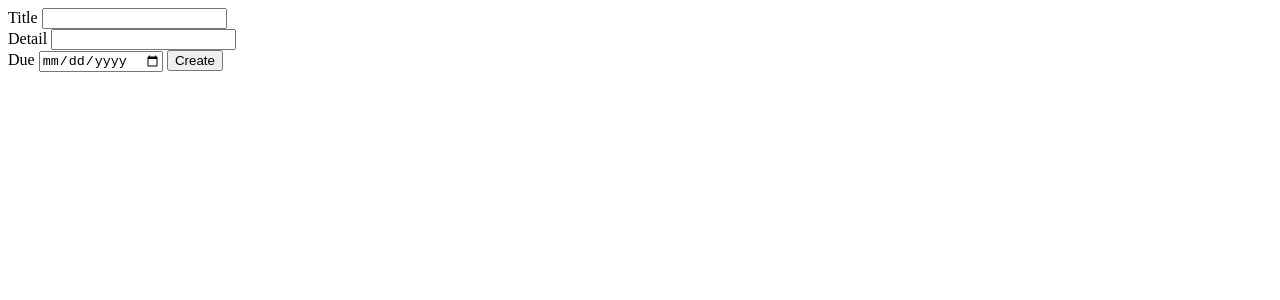
Repository: sgmtg/ToDoList
Page: http://localhost/create
The author's editor kept a record of every edit. The page is drawn from the files as they stood at one moment, then again after the next edit.
The browser window is 1280 px wide. The pictures show the whole page.
The page is served by the project's application, run on Flask 3 (app.py).

Above is the page before.

### templates/create.html

{% extends 'base.html' %}


{% block body %}
<div class="form">
    <form action="/" method="POST">
        <div>
            <label for="title">Title</label>
            <input type="text" id="title" name="title">
        </div>
        <div>
            <label for="detail">Detail</label>
            <input type="textarea" id="detail" name="detail">
        </div>
        <div>
        <label for="due">Due</label>
        <input type="date" id="due" name="due" required>

        <input type="submit" value="Create">
    </form>
</div>
{% endblock %}

### templates/base.html
<html>
    <head>
        <title>My To Do List</title>
        <!--<link href="https://cdn.jsdelivr.net/npm/bootstrap@5.0.2/dist/css/bootstrap.min.css" rel="stylesheet" integrity="sha384-EVSTQN3/azprG1Anm3QDgpJLIm9Nao0Yz1ztcQTwFspd3yD65VohhpuuCOmLASjC" crossorigin="anonymous">-->
        <link rel="stylesheet" type="text/css" href="/static/css/style.css">
    </head>
    <body>
       {% block body %}{% endblock %}
    </body>
</html>

### app.py
from flask import Flask, request, render_template, redirect, url_for
from flask_sqlalchemy import SQLAlchemy
from datetime import datetime

app = Flask(__name__)
app.config['SQLALCHEMY_DATABASE_URI'] = 'sqlite:///todo.db'  # todo.dbという名前のdbを設定
db = SQLAlchemy(app)  # dbを生成

toDoList = []

class Post(db.Model):
    id = db.Column(db.Integer, primary_key=True)  # 主キー
    title = db.Column(db.String(30), nullable=False)
    detail = db.Column(db.String(100))  # 空でもok
    due = db.Column(db.DateTime, nullable=False)  # 日付型を指定



@app.route('/', methods=['GET', 'POST'])
def index():
    if request.method == 'GET':
        posts = Post.query.all()
        return render_template('index.html', posts=posts)

    else:
        title = request.form.get('title')
        detail = request.form.get('detail')
        due = request.form.get('due')

        due = datetime.strptime(due, '%Y-%m-%d')  # フォームから文字列を受け取るため日付型に変換
        new_post = Post(title=title, detail=detail, due=due)

        db.session.add(new_post)
        db.session.commit()
        return redirect('/')

@app.route('/create')
def create():
    return render_template('create.html')




if __name__ == "__main__":
    app.run(port=3000, debug=True, use_debugger=True)  # 8080
    create_tables()

### static/css/style.css

.done {
  text-decoration: line-through;
  color: gray;
  /* 他のスタイルプロパティ */
}

After the next edit:
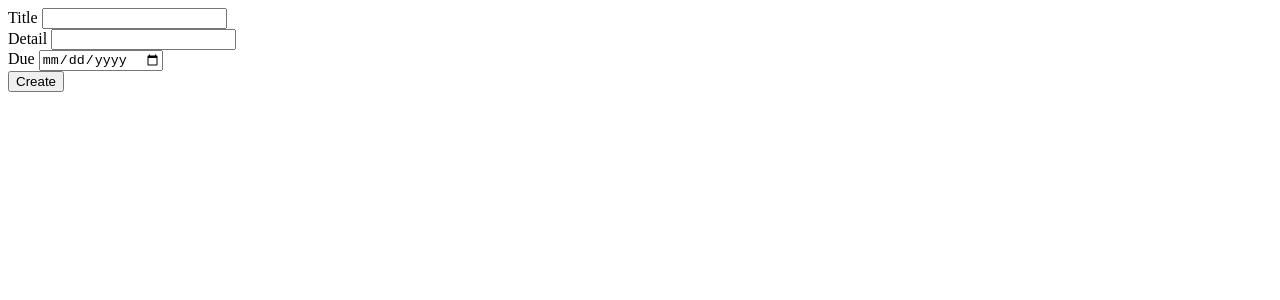
The edit:
--- a/templates/create.html
+++ b/templates/create.html
@@ -14,9 +14,9 @@
             <input type="textarea" id="detail" name="detail">
         </div>
         <div>
-        <label for="due">Due</label>
-        <input type="date" id="due" name="due" required>
-
+            <label for="due">Due</label>
+            <input type="date" id="due" name="due" required>
+        </div>
         <input type="submit" value="Create">
     </form>
 </div>
